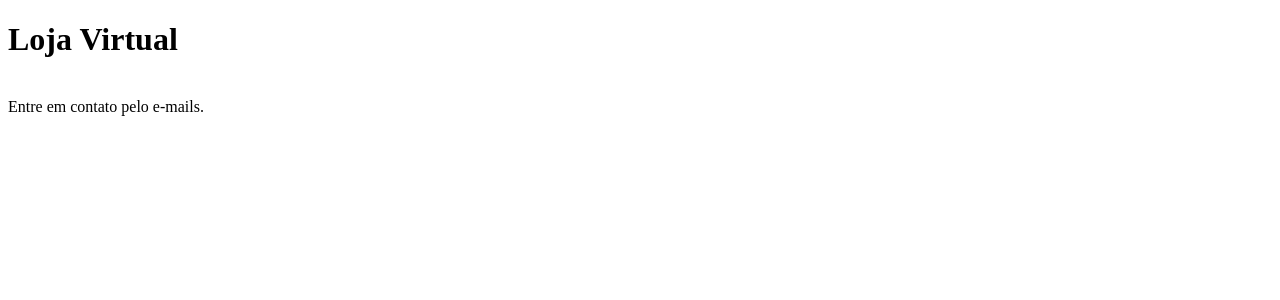
Repository: GabrielGGhost/EstudoJavaAW1-AW2
Page: http://localhost/estudos19/jsp/paginaP1.jsp
These files come from the project's save history. The page is drawn as it stood at one moment and after a run of saves; the edit follows.
The browser window is 1280 px wide. The pictures show the whole page.
The page is served by Tomcat 9.

Above is the page before, as saved 2020-10-27 18:58:40.

### estudos19/WebContent/jsp/paginaP1.jsp
<%@ page language="java" contentType="text/html; charset=ISO-8859-1"
    pageEncoding="ISO-8859-1"%>
<!DOCTYPE html PUBLIC "-//W3C//DTD HTML 4.01 Transitional//EN" "http://www.w3.org/TR/html4/loose.dtd">
<html>
<head>
<meta http-equiv="Content-Type" content="text/html; charset=ISO-8859-1">
<title>Insert title here</title>
</head>
<body>
<!-- Se não informar o parâmetro será gerado um erro-->
	<jsp:include page="cabecalho.jsp">
		<jsp:param value="Loja Virtual" name="titulo"/>
	</jsp:include>
	<br>
	Entre em contato pelo e-mails.
</body>
</html>

### estudos19/WebContent/jsp/cabecalho.jsp
<h1>${param.titulo}</h1>

After the next 4 saves:
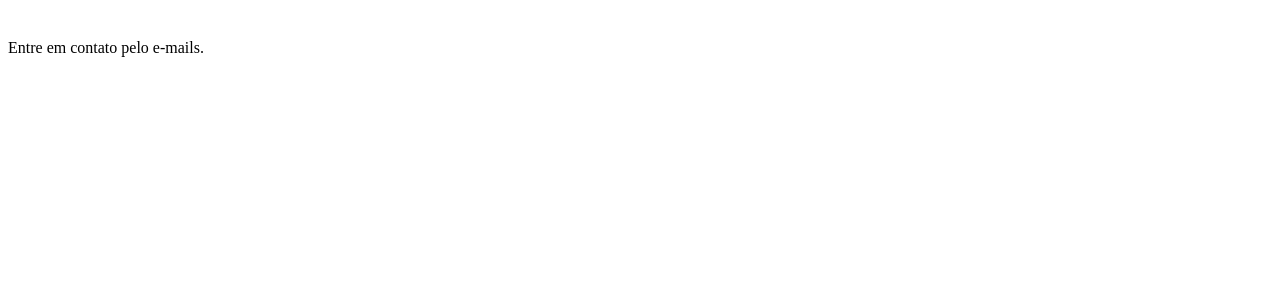
The 4 saves are shown as one change because 3 did not build or start.
The last was saved 46 s later.
--- a/estudos19/WebContent/jsp/paginaP1.jsp
+++ b/estudos19/WebContent/jsp/paginaP1.jsp
@@ -9,7 +9,7 @@
 <body>
 <!-- Se não informar o parâmetro será gerado um erro-->
 	<jsp:include page="cabecalho.jsp">
-		<jsp:param value="Loja Virtual" name="titulo"/>
+		<jsp:param value="Loja Virtual" name=""/>
 	</jsp:include>
 	<br>
 	Entre em contato pelo e-mails.

After the save that followed:
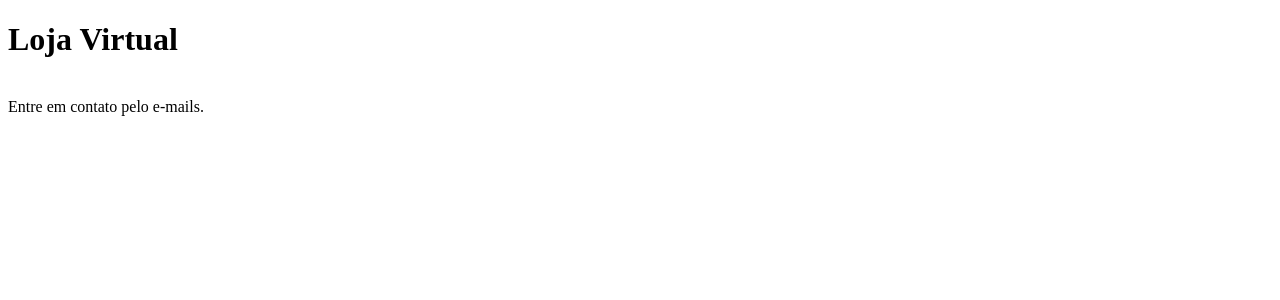
Saved 4 s later.
--- a/estudos19/WebContent/jsp/paginaP1.jsp
+++ b/estudos19/WebContent/jsp/paginaP1.jsp
@@ -9,7 +9,7 @@
 <body>
 <!-- Se não informar o parâmetro será gerado um erro-->
 	<jsp:include page="cabecalho.jsp">
-		<jsp:param value="Loja Virtual" name=""/>
+		<jsp:param value="Loja Virtual" name="titulo"/>
 	</jsp:include>
 	<br>
 	Entre em contato pelo e-mails.
